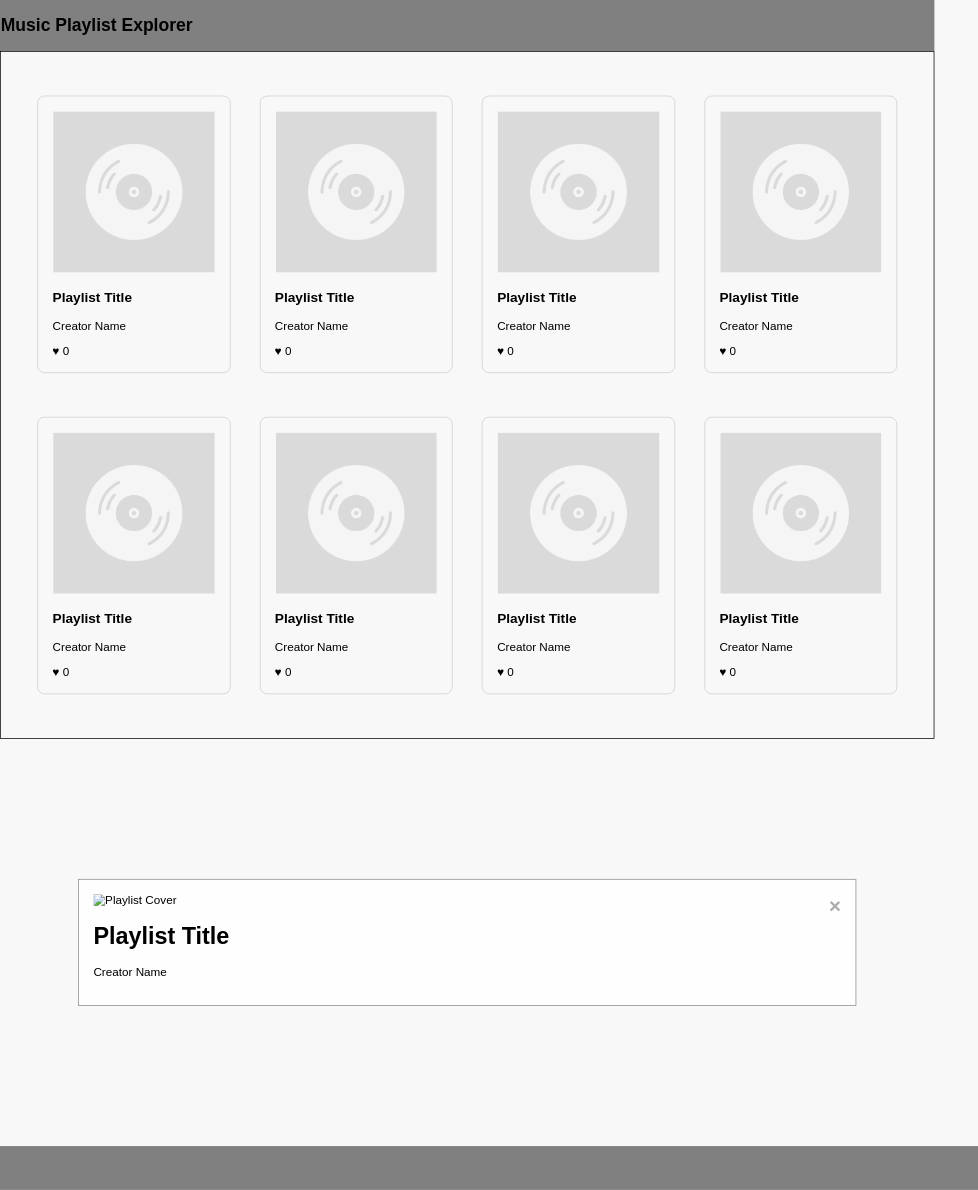
Repository: valentinaarojas/music-player-explorer
Page: index.html
The author's editor kept a copy of each file at every save. The page is drawn from the files as they stood at one save, then again after the next save.
The browser window is 1280 px wide. The page is 1340 px wide, so the pictures cover 1340 px, including what lies to the right of the window. The pictures show the whole page, at 73% of full size.

Above is the page before, as saved 2025-02-19 17:55:04.
Console error: SyntaxError: Unexpected token '{'

After the next save:
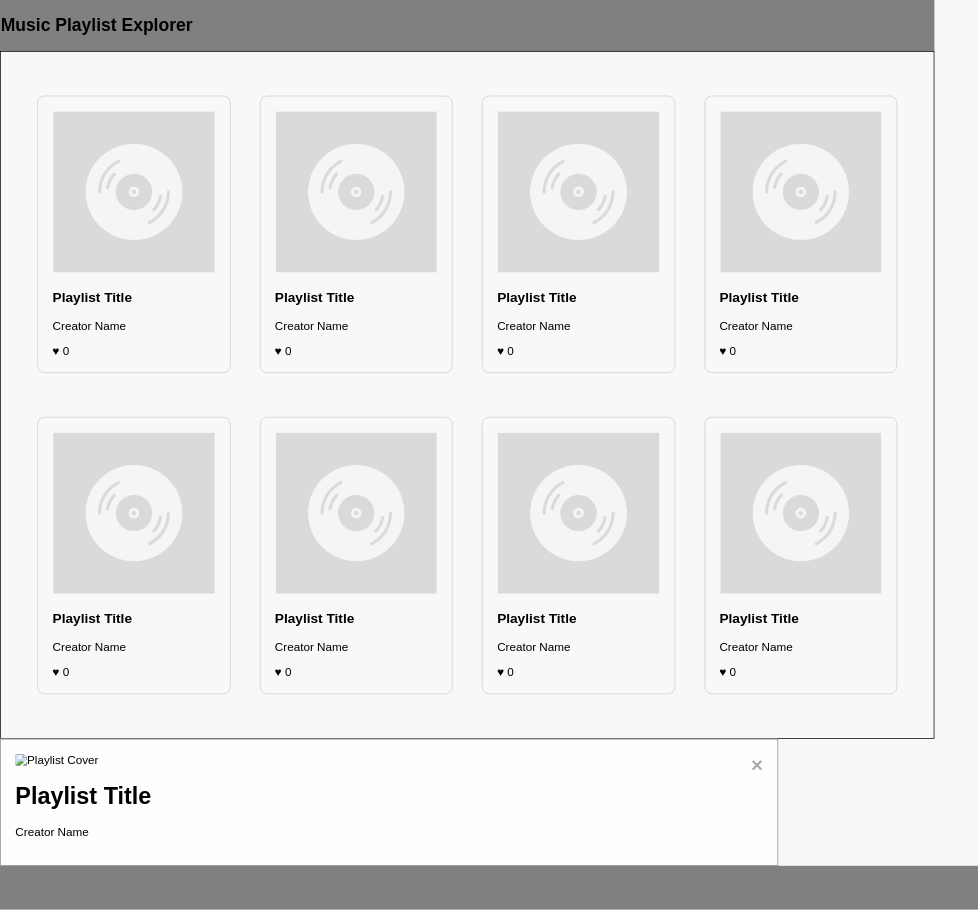
Saved 63 s later.
--- a/style.css
+++ b/style.css
@@ -43,7 +43,7 @@
  }
  .modal-content {
     background-color: #fefefe;
-    margin: 15% auto; /* 15% from the top and centered */
+
     padding: 20px;
     border: 1px solid #888;
     width: 80%; /* Could be more or less, depending on screen size */

After the save that followed:
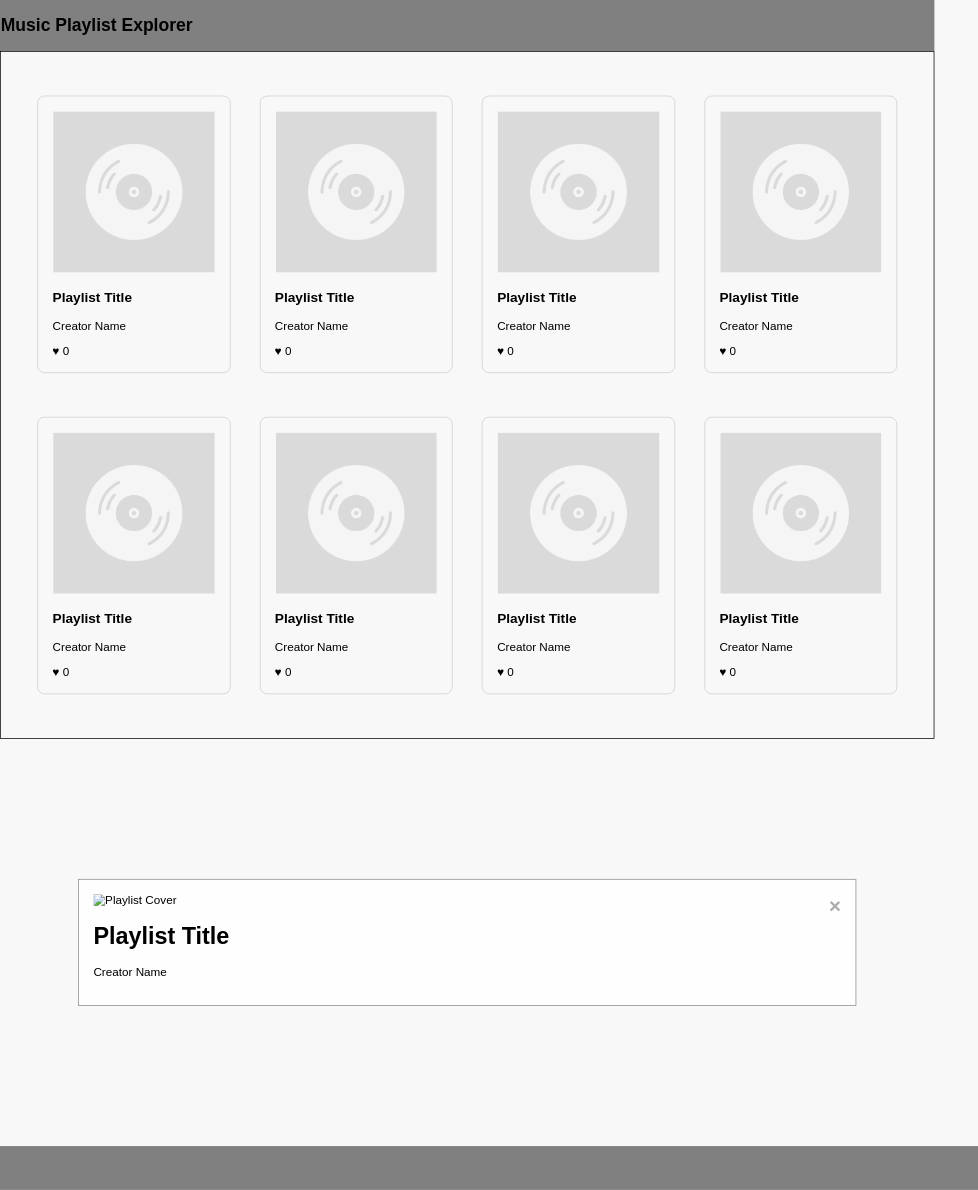
Saved 6 s later.
--- a/style.css
+++ b/style.css
@@ -43,7 +43,7 @@
  }
  .modal-content {
     background-color: #fefefe;
-
+    margin: 15% auto; /* 15% from the top and centered */
     padding: 20px;
     border: 1px solid #888;
     width: 80%; /* Could be more or less, depending on screen size */
